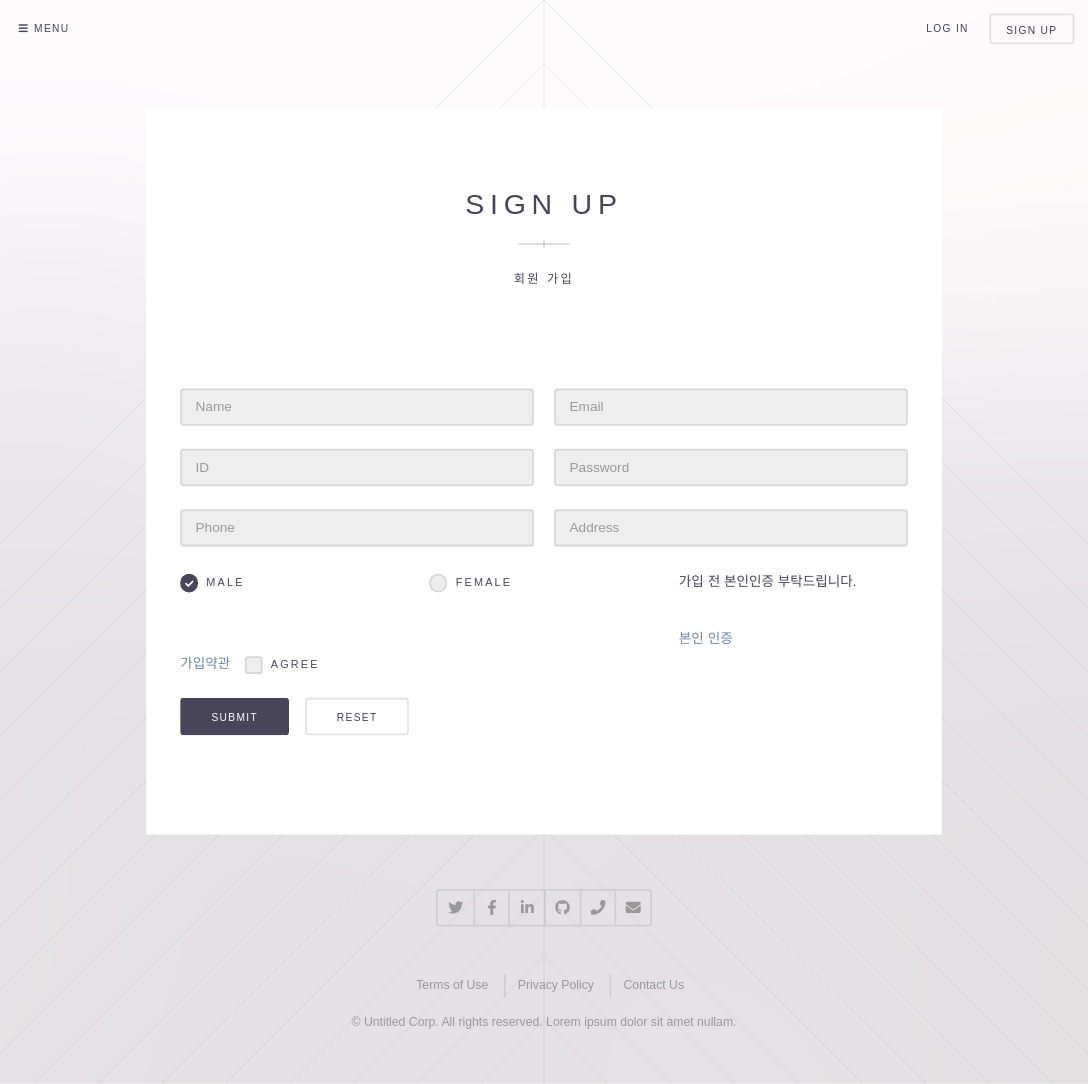
Repository: WKMoon/JavaScript-Project
Page: myFront/WebContent/signup.html
These files come from the project's save history. The page is drawn as it stood at one moment and after the next save; the edit follows.
The browser window is 1280 px wide. The pictures show the whole page, at 85% of full size.
Some web fonts or font styles are not loaded; a fallback is used.

Above is the page before, as saved 2021-03-01 22:43:25.

### myFront/WebContent/signup.html
<!DOCTYPE html>
<html>
<head>
<meta charset="UTF-8">
<meta name="viewport" content="width=device-width, initial-scale=1, user-scalable=no" />
<link rel="stylesheet" href="assets/css/main.css" />
<title>Sign Up</title>
</head>
	<body class="is-preload">

		<!-- Header -->
			<header id="header">
				<a href="#menu">Menu</a>
				<a href="login.html">Log In</a>
				<a href="signup.html" class="button">Sign Up</a>
			</header>

		<!-- Nav -->
			<nav id="menu">
				<ul class="links">
					<li><a href="index.html">Home</a></li>
<!-- 					<li><a href="generic.html">Generic</a></li>
					<li><a href="elements.html">Elements</a></li> -->
				</ul>
				<ul class="actions stacked">
					<li><a href="login.html" class="button primary fit">Log In</a></li>
					<li><a href="signup.html" class="button fit">Sign Up</a></li>
				</ul>
			</nav>


		<!-- Main -->
			<section id="main" class="wrapper style1">
				<div class="inner">

					<!-- Title -->
						<header class="major special">
							<h1>Sign Up</h1>
							<p>회원 가입</p>
						</header>

					<!-- Content -->
						<div class="content">
							<form method="post" action="#">
											<div class="row">
												<div class="col-6 col-12-xsmall">
													<input type="text" name="name" id="name" value="" placeholder="Name" />
												</div>
												<div class="col-6 col-12-xsmall">
													<input type="email" name="email" id="email" value="" placeholder="Email" />
												</div>

												<div class="col-6 col-12-xsmall">
													<input type="text" name="id" id="id" value="" placeholder="ID" />
												</div>

												<div class="col-6 col-12-xsmall">
													<input type="password" name="pw" id="pw" value="" placeholder="Password" />
												</div>

												<div class="col-6 col-12-xsmall">
													<input type="text" name="pn" id="pn" value="" placeholder="Phone" />
												</div>

												<div class="col-6 col-12-xsmall">
													<input type="text" name="addr" id="addr" value="" placeholder="Address" />
												</div>

												<!-- Break -->
												<div class="col-4 col-12-small">
													<input type="radio" id="priority-low" name="priority" checked>
													<label for="priority-low">Male</label>
												</div>
												<div class="col-4 col-12-small">
													<input type="radio" id="priority-normal" name="priority">
													<label for="priority-normal">Female</label>
												</div>
												<!-- Break -->

												<div>
													<p>가입 전 본인인증 부탁드립니다.</p>
													<a href="identification.html"style="text-decoration: none;">본인 인증</a>
												</div>

												<div class="col-6 col-12-small">
													<a href="agreement.html"style="text-decoration: none;">가입약관</a>
													<input type="checkbox" id="agree" name="agree">
													<label for="agree" style="margin-left:3%">Agree</label>
												</div>
												<!-- Break -->

												<!-- Break -->
												<div class="col-12">
													<ul class="actions">
														<li><input type="submit" value="Submit" class="primary" /></li>
														<li><input type="reset" value="Reset" /></li>
													</ul>
												</div>
											</div>
										</form>
						</div>

				</div>
			</section>

		<!-- Footer -->
			<footer id="footer">
				<ul class="alt-icons">
					<li><a href="#" class="icon brands fa-twitter"><span class="label">Twitter</span></a></li>
					<li><a href="#" class="icon brands fa-facebook-f"><span class="label">Facebook</span></a></li>
					<li><a href="#" class="icon brands fa-linkedin-in"><span class="label">LinkedIn</span></a></li>
					<li><a href="#" class="icon brands fa-github"><span class="label">GitHub</span></a></li>
					<li><a href="#" class="icon solid fa-phone"><span class="label">Phone</span></a></li>
					<li><a href="#" class="icon solid fa-envelope"><span class="label">Email</span></a></li>
				</ul>
				<ul class="menu">
					<li><a href="#">Terms of Use</a></li>
					<li><a href="#">Privacy Policy</a></li>
					<li><a href="#">Contact Us</a></li>
				</ul>
				<p class="copyright">
					&copy; Untitled Corp. All rights reserved. Lorem ipsum dolor sit amet nullam.
				</p>
			</footer>

		<!-- Scripts -->
			<script src="assets/js/jquery.min.js"></script>
			<script src="assets/js/jquery.scrolly.min.js"></script>
			<script src="assets/js/jquery.scrollex.min.js"></script>
			<script src="assets/js/browser.min.js"></script>
			<script src="assets/js/breakpoints.min.js"></script>
			<script src="assets/js/util.js"></script>
			<script src="assets/js/main.js"></script>

	</body>
</html>

Loaded but not shown: myFront/WebContent/assets/js/jquery.min.js (library); myFront/WebContent/assets/js/jquery.scrolly.min.js (common file); myFront/WebContent/assets/js/jquery.scrollex.min.js (common file); myFront/WebContent/assets/js/browser.min.js (common file); myFront/WebContent/assets/js/breakpoints.min.js (common file); myFront/WebContent/assets/css/fontawesome-all.min.css (library); myFront/WebContent/assets/js/util.js (587 lines, source omitted); myFront/WebContent/assets/js/main.js (57 lines, source omitted); myFront/WebContent/assets/css/main.css (4487 lines, source omitted)

After the next save:
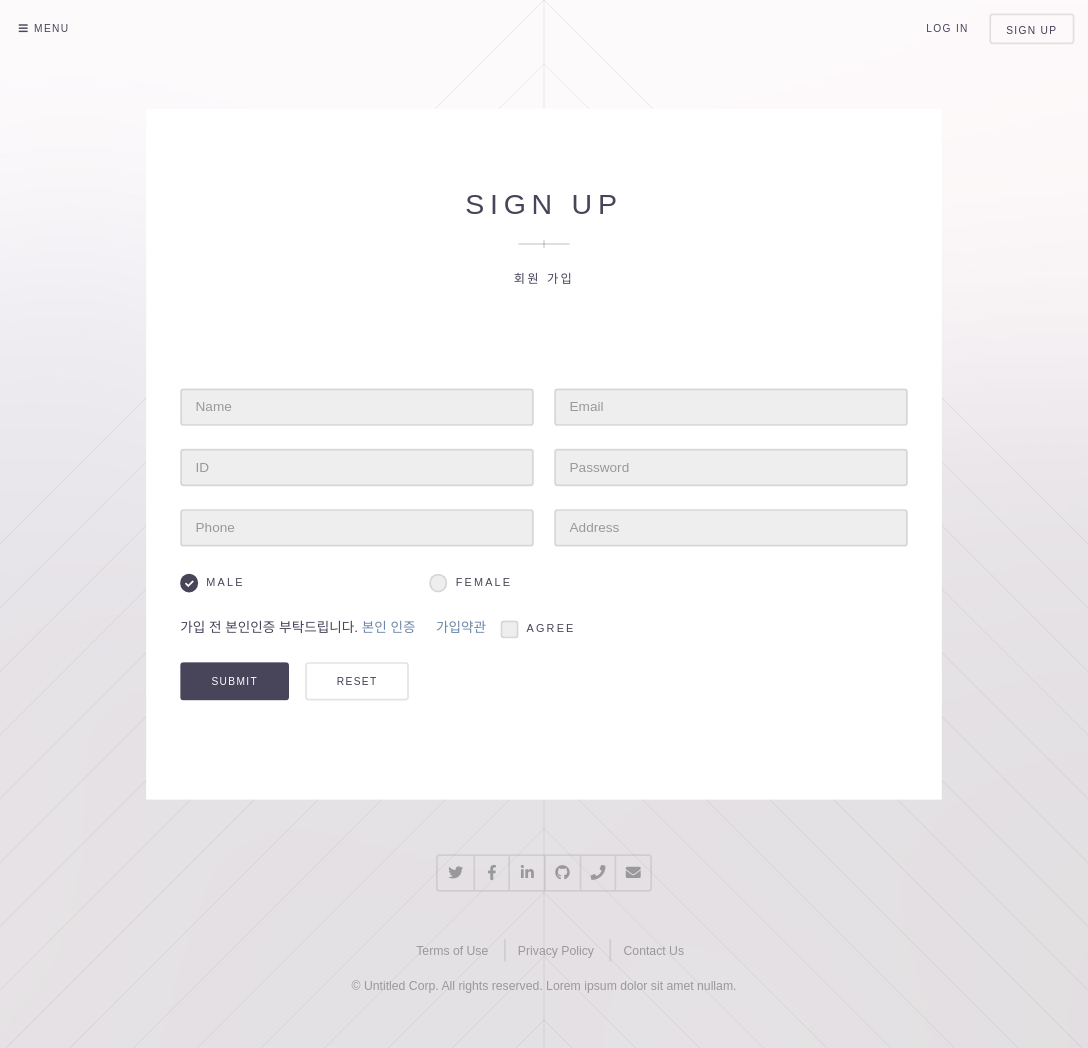
Saved 23 s later.
--- a/myFront/WebContent/signup.html
+++ b/myFront/WebContent/signup.html
@@ -78,7 +78,7 @@
 												<!-- Break -->
 
 												<div>
-													<p>가입 전 본인인증 부탁드립니다.</p>
+													<p style="display:inline">가입 전 본인인증 부탁드립니다.</p>
 													<a href="identification.html"style="text-decoration: none;">본인 인증</a>
 												</div>
 
